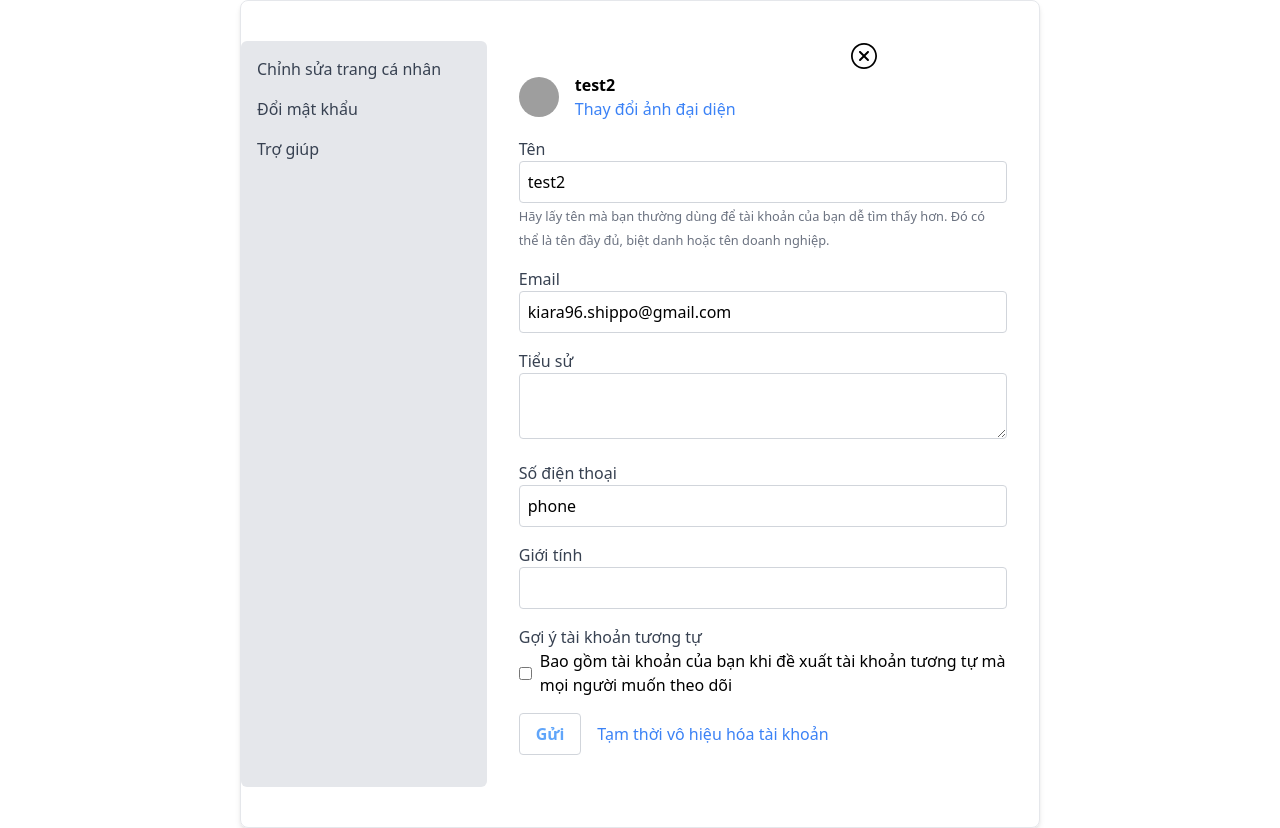
Repository: DangNgocDuong250903/2425_CS445AC_NHOM1
Page: /update_user (app in social_fe/)
These files come from the project's save history. The page is drawn as it stood at one moment and after the next save; the edit follows.
The browser window is 1280 px wide. The pictures show the whole page.
Pictures or frames that could not be fetched are drawn as grey boxes. The project was rebuilt for these pictures with package versions that can differ from the ones it lists, and the page was loaded fresh each time. Also part of the build but not shown: social_fe/vite.config.js, social_fe/src/components/Button/index.jsx, social_fe/src/assets/index.js, social_fe/src/components/FriendCard/index.jsx, social_fe/src/components/Loading/index.jsx, social_fe/src/components/PostCard/index.jsx, social_fe/src/components/ProfileCard/index.jsx, social_fe/src/components/TextInput/index.jsx and 8 more.

Above is the page before, as saved 2024-11-05 11:09:50.

After the next save:
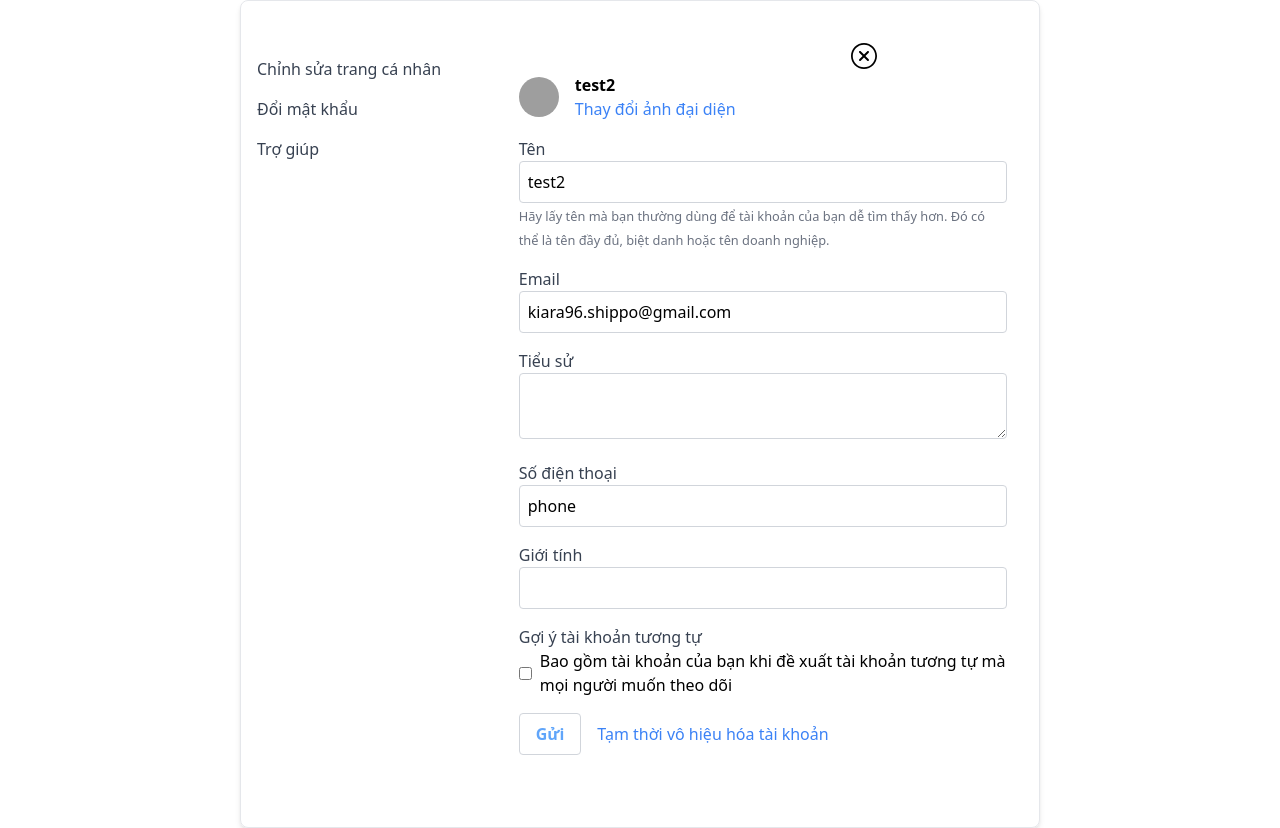
Saved 11 s later.
--- a/social_fe/src/pages/ProfilePage/updateUser.jsx
+++ b/social_fe/src/pages/ProfilePage/updateUser.jsx
@@ -11,7 +11,7 @@ const UpdateUser = () => {
     return (
         <div className="flex w-[800px] mx-auto pt-10 pb-10 border border-gray-200 shadow-md rounded-lg ">
             <IoIosCloseCircleOutline onClick={() => navigate("/")} className="absolute w-8 h-8 cursor-pointer top-10 right-[400px] hover:text-red-400 " />
-            <div className="w-1/3 p-4 bg-gray-200 rounded-md ">
+            <div className="w-1/3 p-4 rounded-md bg- ">
                 <ul className="flex flex-col hover:bg-gray-200">
 
                     <Link
